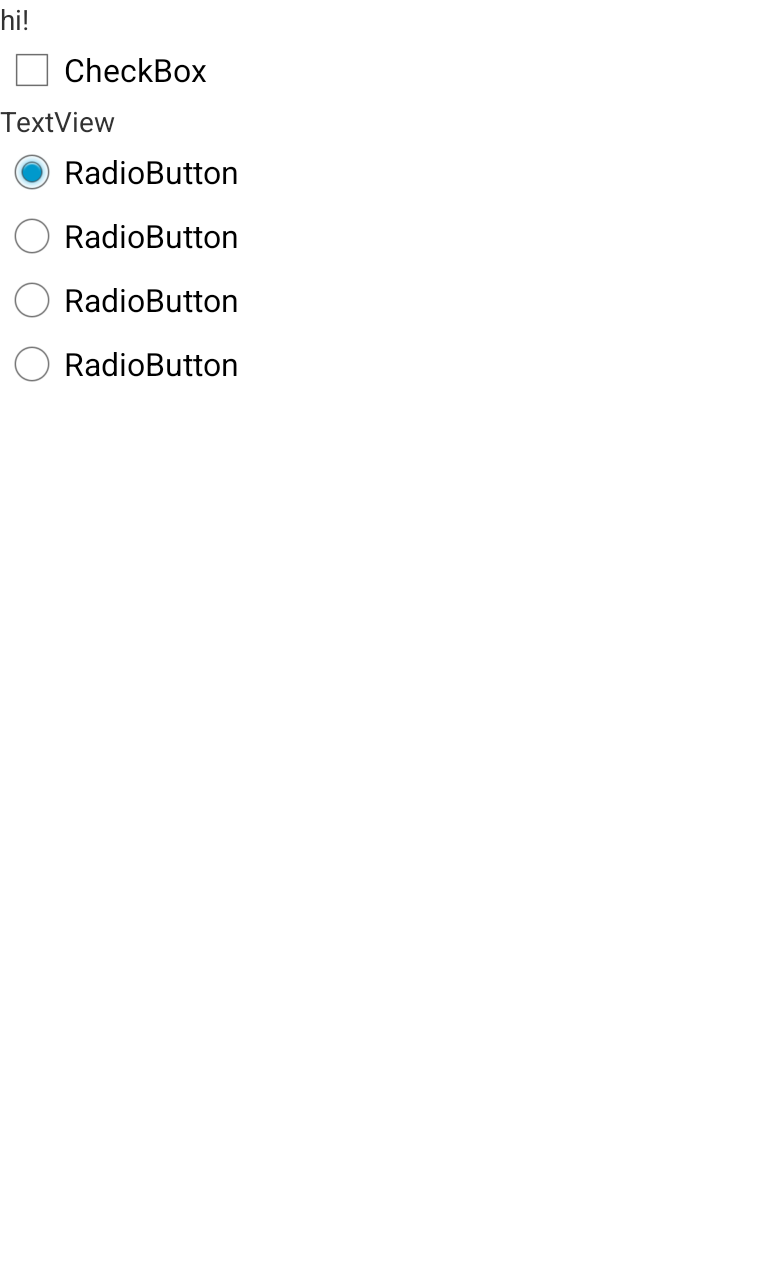
Repository: supremehappy/Android
Layout: EventTest/res/layout/activity_main.xml
These files come from the project's save history. The layout is drawn as it stood at one moment and after the next save; the edit follows.
It is drawn on a 768 x 1280 px phone screen (xhdpi) without system bars, with theme AppTheme; the app's code is not run.

Above is the layout before, as saved 2017-08-24 02:27:39.

After the next save:
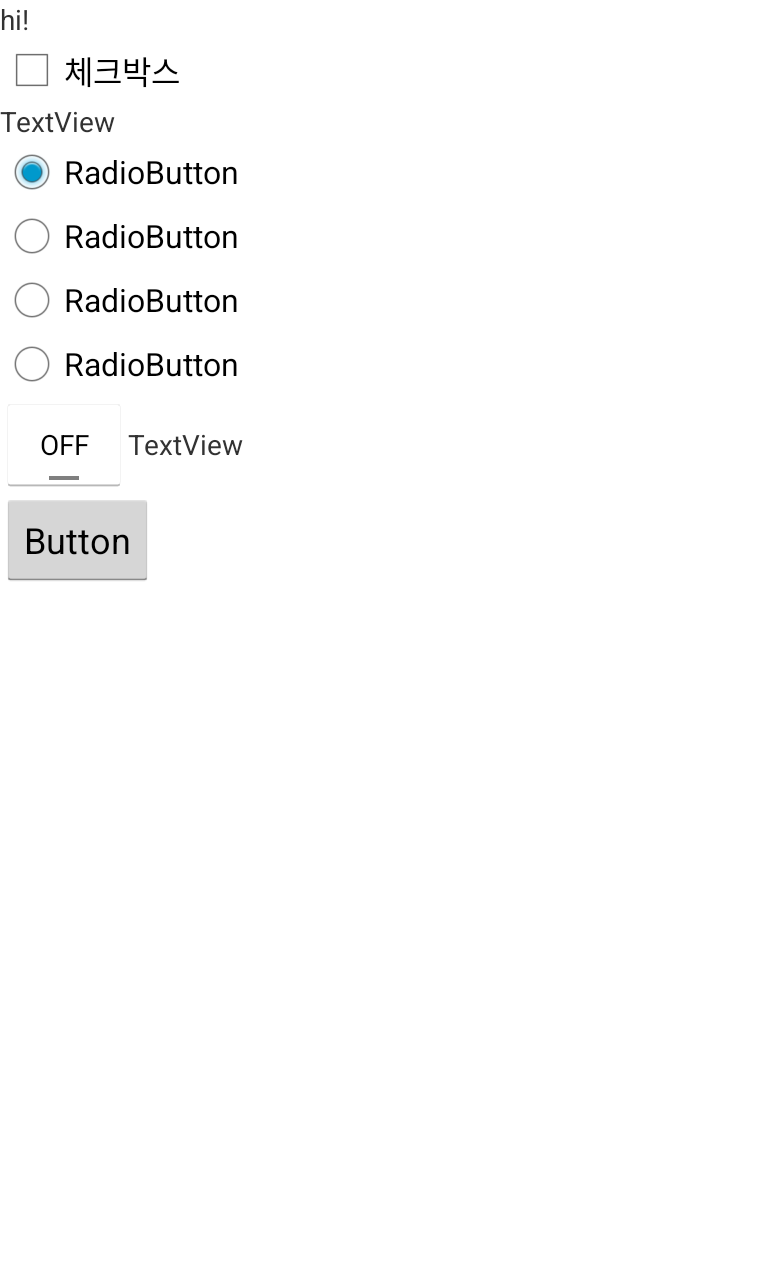
Saved 6 s later.
--- a/EventTest/res/layout/activity_main.xml
+++ b/EventTest/res/layout/activity_main.xml
@@ -15,7 +15,7 @@
         android:id="@+id/checkBox1"
         android:layout_width="wrap_content"
         android:layout_height="wrap_content"
-        android:text="CheckBox" />
+        android:text="체크박스" />
 
     <TextView
         android:id="@+id/textView1"
@@ -57,6 +57,25 @@
     <LinearLayout
         android:layout_width="match_parent"
         android:layout_height="wrap_content" >
+
+        <ToggleButton
+            android:id="@+id/toggleButton1"
+            android:layout_width="wrap_content"
+            android:layout_height="wrap_content"
+            android:text="ToggleButton" />
+
+        <TextView
+            android:id="@+id/textView2"
+            android:layout_width="wrap_content"
+            android:layout_height="wrap_content"
+            android:text="TextView" />
+
     </LinearLayout>
 
+    <Button
+        android:id="@+id/button1"
+        android:layout_width="wrap_content"
+        android:layout_height="wrap_content"
+        android:text="Button" />
+
 </LinearLayout>
